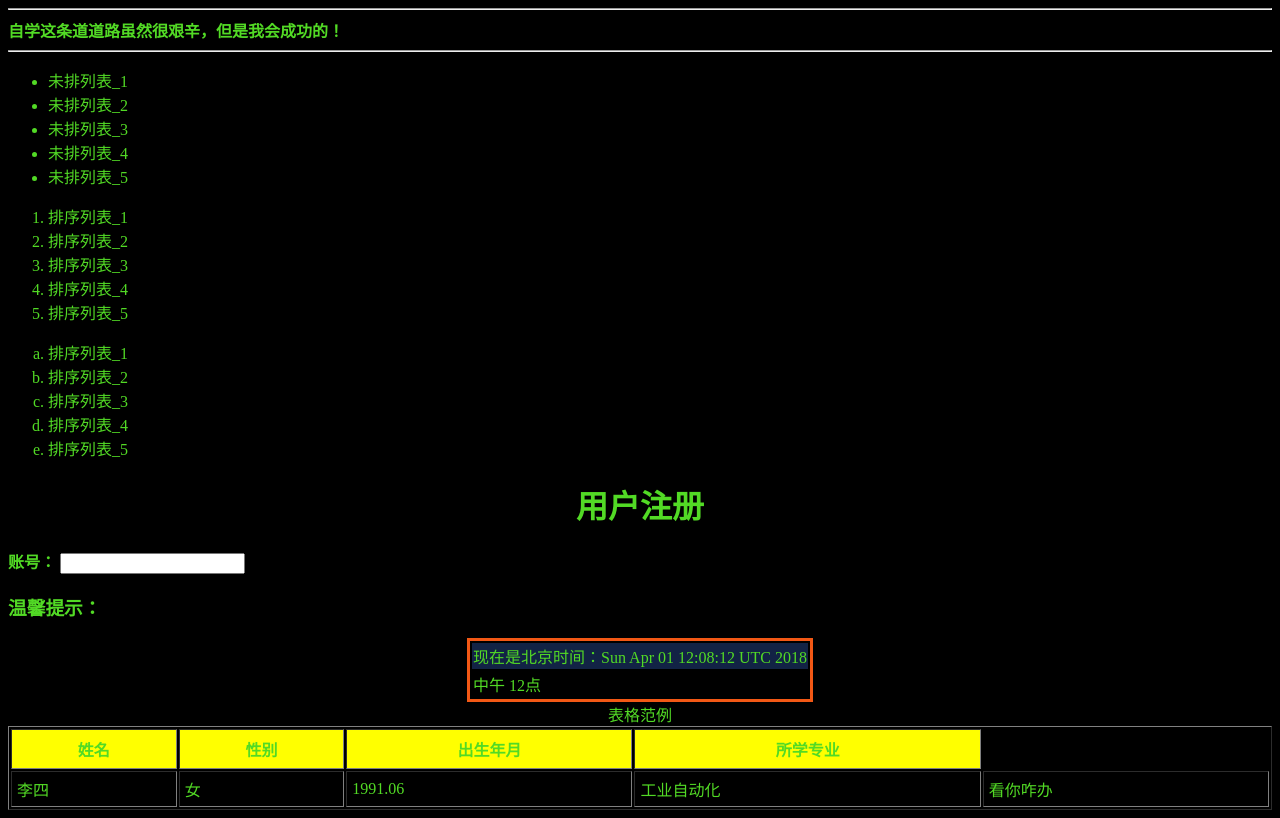
Repository: Coder-YJ/Java
Page: http://localhost/JspTest/test.jsp
The author's editor kept a copy of each file at every save. The page is drawn from the files as they stood at one save, then again after the next save.
The browser window is 1280 px wide. The pictures show the whole page.
The page is served by Tomcat 9.

Above is the page before, as saved 2018-04-01 12:46:43.

After the next save:
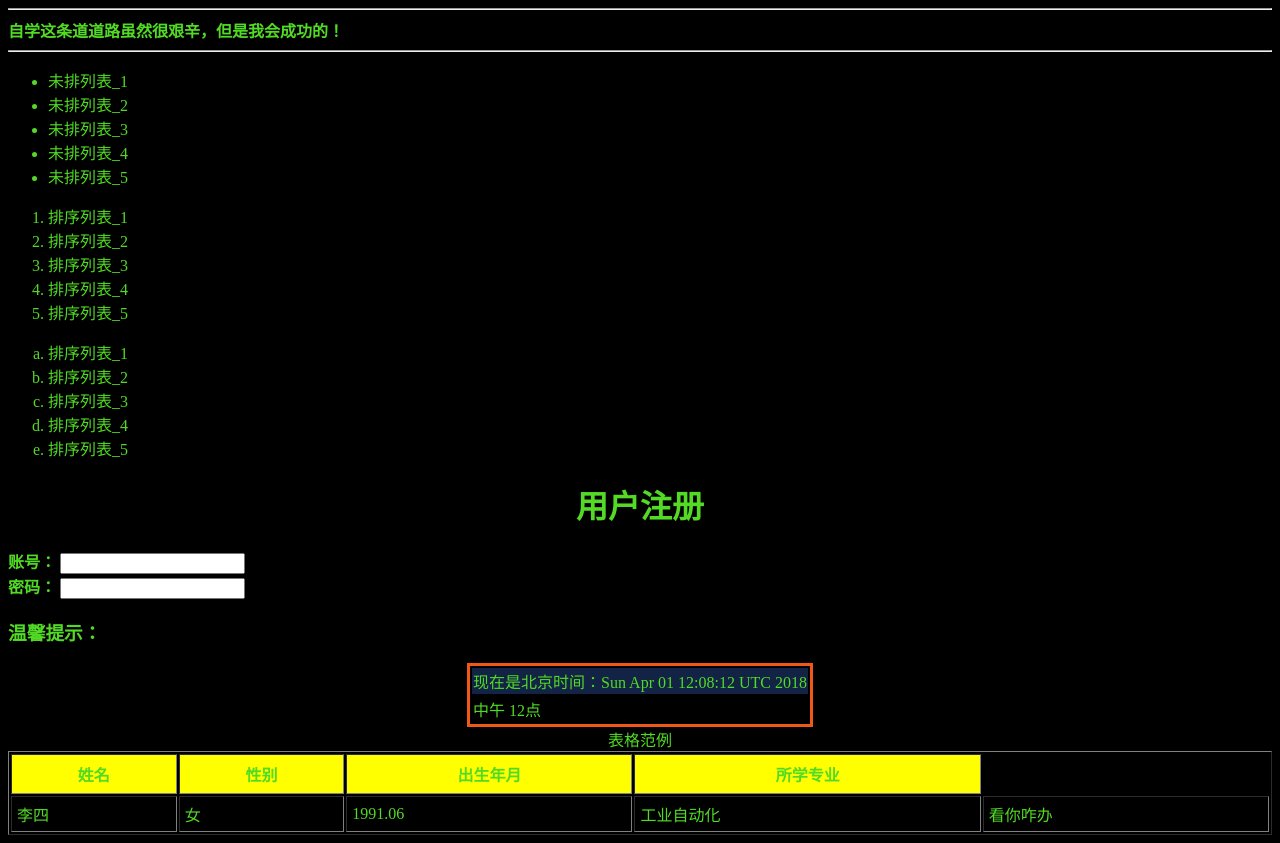
Saved 81 s later.
--- a/MyEclipse10/JspTest/WebRoot/test.jsp
+++ b/MyEclipse10/JspTest/WebRoot/test.jsp
@@ -37,6 +37,7 @@
 	<h1 align="center">用户注册</h1>
 	<form action="Process.jsp" method="post">
 		<b>账号：  </b><input type="text" name="id"><br>
+		<b>密码：  </b><input type="password" name="password">
 	</form>
 	<table align="center" bordercolor="#F25815">
 		<h3>温馨提示：</h3>
